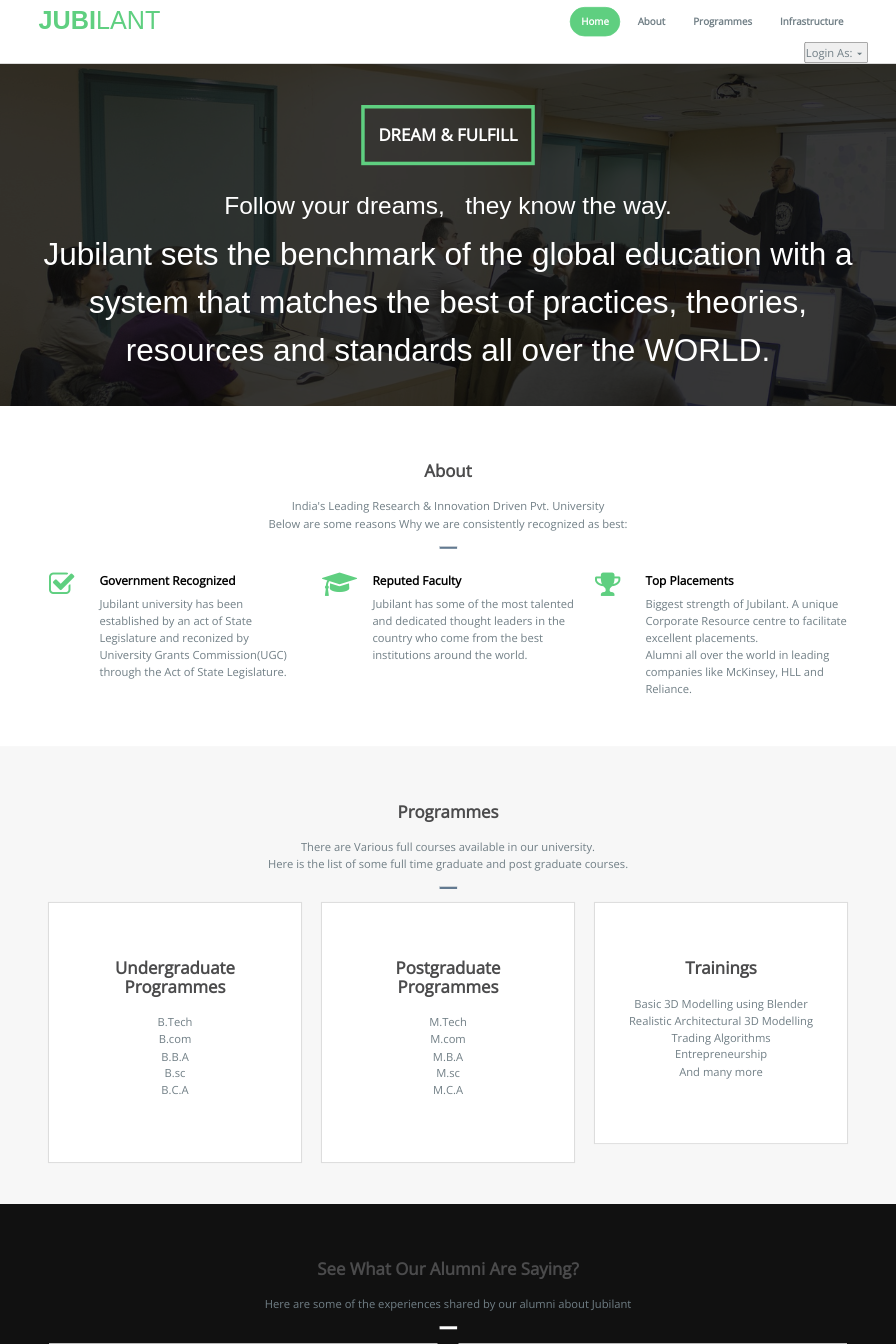
Repository: GauravC8/UMS
Page: http://localhost/login/WEB-INF/index.jsp
The author's editor kept a copy of each file at every save. The page is drawn from the files as they stood at one save, then again after the next save.
The browser window is 1280 px wide. The pictures show the part of the page from y = 0 to 1920 px (the page is 3363 px tall), at 70% of full size.
Some web fonts or font styles are not loaded; a fallback is used. The page is served by Tomcat 9. Nobody is signed in. The template is opened directly, without the code that normally fills it, so the values that code supplies are empty.

Above is the page before, as saved 2019-04-08 11:02:53.

After the next save:
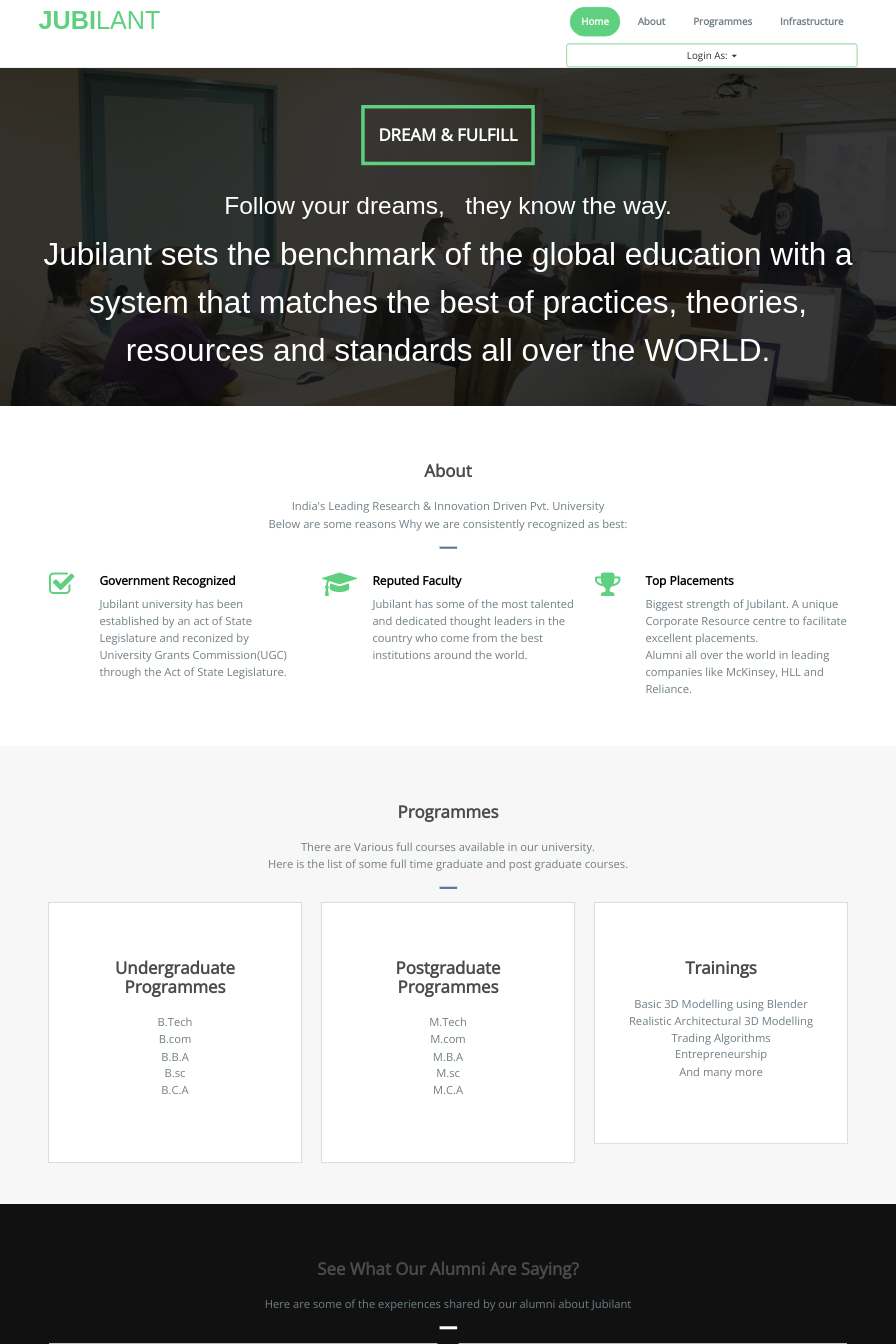
Saved 102 s later.
--- a/login/src/main/webapp/WEB-INF/index.jsp
+++ b/login/src/main/webapp/WEB-INF/index.jsp
@@ -40,7 +40,7 @@
 					<li><a href="#infrasturcture">Infrastructure</a></li>
 
 						<div class="dropdown">
-							<button class="nav navbar-nav navbar-right"
+							<button class="btn-trial btn-default dropdown-toggle form-control"
 								type="button" id="menu1" data-toggle="dropdown">
 								Login As: <span class="caret"></span>
 							</button>
